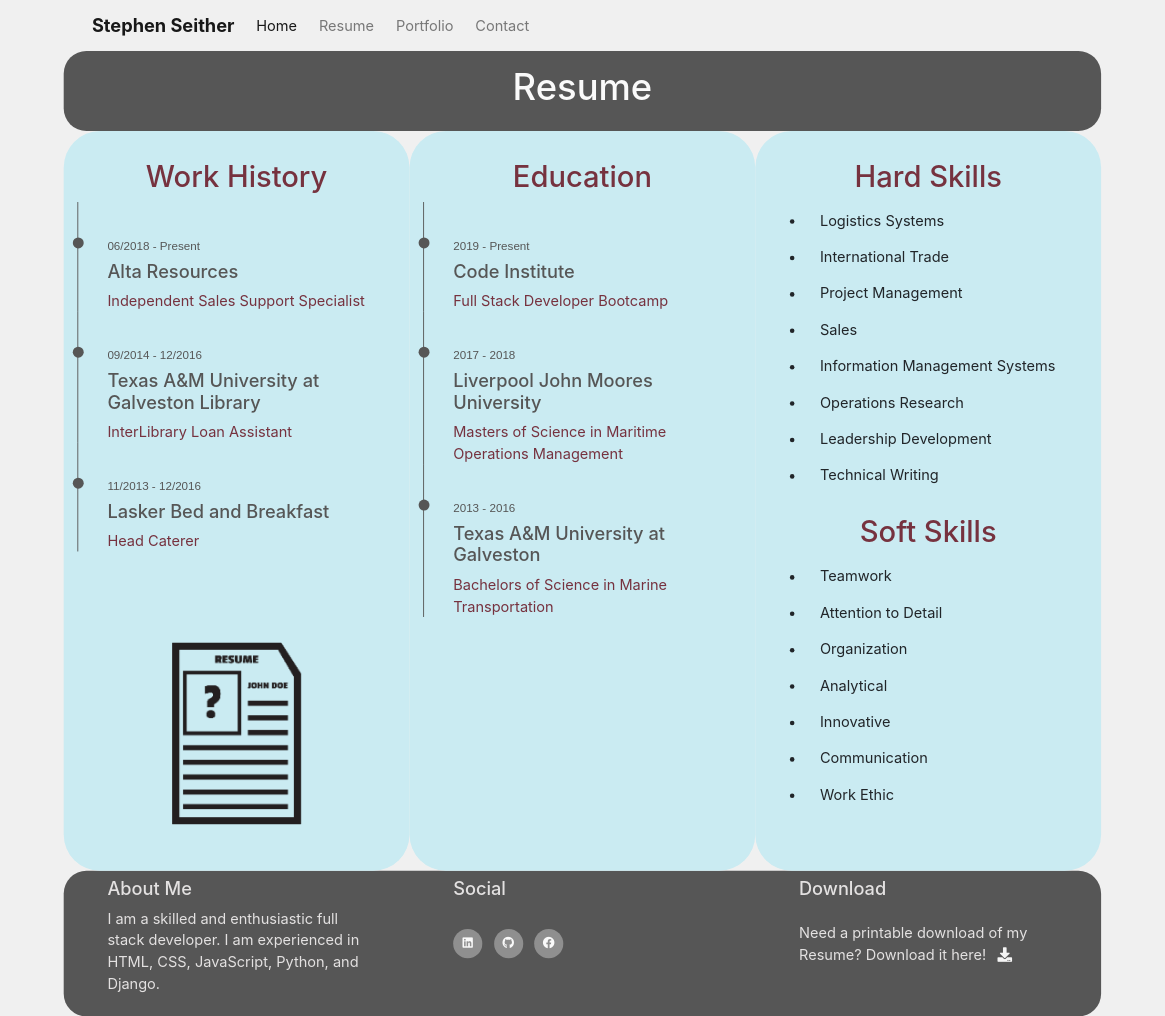
Repository: stephenseither/First-Milestone-Project
Page: experience.html
The author's editor kept a record of every edit. The page is drawn from the files as they stood at one moment, then again after the next edit.
The browser window is 1280 px wide. The pictures show the whole page, at 91% of full size.
Some web libraries are served in a nearby version.

Above is the page before.

### experience.html
<!DOCTYPE html>
<html lang="en">

<head>
    <meta charset="UTF-8">
    <meta name="viewport" content="width=device-width, initial-scale=1.0">
    <meta http-equiv="X-UA-Compatible" content="ie=edge">
    <link rel="stylesheet" href="https://stackpath.bootstrapcdn.com/bootstrap/4.3.1/css/bootstrap.min.css" integrity="sha384-ggOyR0iXCbMQv3Xipma34MD+dH/1fQ784/j6cY/iJTQUOhcWr7x9JvoRxT2MZw1T" crossorigin="anonymous">
    <link rel="stylesheet" href="https://use.fontawesome.com/releases/v5.10.2/css/all.css" integrity="sha384-rtJEYb85SiYWgfpCr0jn174XgJTn4rptSOQsMroFBPQSGLdOC5IbubP6lJ35qoM9" crossorigin="anonymous">
    <link rel="stylesheet" href="assets/css/style.css" type="text/css" />
    <title>Document</title>
</head>

<body>
    <div class="container">
        <div class="row">
            <div class="col">
                <nav class="navbar navbar-light bg-navbar navbar-expand-sm">
                    <a href="index.html" class="navbar-brand font-weight-bold">Stephen Seither</a>

                    <button class="navbar-toggler ml-auto" type="button" data-toggle="collapse" data-target="#navbarNavDropdown" aria-controls="navbarNavDropdown" aria-expanded="false" aria-label="Toggle navigation">
            <span class="navbar-toggler-icon"></span></button>

                    <div class="collapse navbar-collapse" id="navbarNavDropdown">
                        <ul class="navbar-nav mr-auto">
                            <li class="active nav-item mr-2"><a class="nav-link" href="index.html">Home</a></li>
                            <li class="nav-item mr-2"><a class="nav-link" href="experience.html">Resume</a></li>
                            <li class="nav-item mr-2"><a class="nav-link" href="portfolio.html">Portfolio</a></li>
                            <li class="nav-item mr-2"><a class="nav-link" href="contact.html">Contact</a></li>
                        </ul>
                    </div>
                </nav>
            </div>
        </div>
    </div>

    <div class="container">
        <div class="row">
            <div class="col resume heading bg-header py-3">
                <h1 class="uppercase">
                    Resume
                </h1>
            </div>
        </div>
    </div>

    <div class="container">
        <div class="row">
            <div class="col-md-4 bg-work-timeline pb-5 work-timeline">
                <div class="work-history pt-4">
                    <h2>Work History</h2>
                </div>
                <div class="history-items">
                    <div class="timeline-item" data-dates="06/2018 - Present">
                        <h5> Alta Resources</h5>
                            <p>Independent Sales Support Specialist</p>
                    </div>
                    <div class="timeline-item" data-dates="09/2014 - 12/2016">
                        <h5> Texas A&M University at Galveston Library </h5>
                            <p>InterLibrary Loan Assistant</p>
                    </div>
                    <div class="timeline-item" data-dates="11/2013 - 12/2016">
                        <h5> Lasker Bed and Breakfast</h5>
                            <p>Head Caterer</p>
                    </div>
                </div>
                <div class="resume-link">
                    <a href="assets/resume/resume.pdf" target="_blank">
                        <img src="assets/images/resume.png" class="rounded mx-auto d-block" alt="Resume">
                    </a>
                </div>
            </div>
            <div class="col-md-4 bg-school-timeline school-timeline pb-5">
                <div class="school pt-4">
                    <h2>Education</h2>
                </div>
                <div class="school-item" data-dates="2019 - Present">
                    <h5>Code Institute</h5>
                        <p>Full Stack Developer Bootcamp</p>
                </div>
                <div class="school-item" data-dates="2017 - 2018">
                    <h5>Liverpool John Moores University</h5>
                        <p>Masters of Science in Maritime Operations Management</p>
                </div>
                <div class="school-item" data-dates="2013 - 2016">
                    <h5>Texas A&M University at Galveston</h5>
                        <p>Bachelors of Science in Marine Transportation</p>
                </div>
            </div>



            <div class="col-md-4 bg-skills skills-list pb-5">
                <div class="skills pt-4">
                    <h2>Hard Skills</h2>
                </div>
                <ul>
                    <li class="px-3 py-2">Logistics Systems</li>
                    <li class="px-3 py-2">International Trade</li>
                    <li class="px-3 py-2">Project Management</li>
                    <li class="px-3 py-2">Sales</li>
                    <li class="px-3 py-2">Information Management Systems</li>
                    <li class="px-3 py-2">Operations Research</li>
                    <li class="px-3 py-2">Leadership Development</li>
                    <li class="px-3 py-2">Technical Writing</li>
                </ul>

                <div class="skills">
                    <h2>Soft Skills</h2>
                </div>
                <ul>
                    <li class="px-3 py-2">Teamwork</li>
                    <li class="px-3 py-2">Attention to Detail</li>
                    <li class="px-3 py-2">Organization</li>
                    <li class="px-3 py-2">Analytical</li>
                    <li class="px-3 py-2">Innovative</li>
                    <li class="px-3 py-2">Communication</li>
                    <li class="px-3 py-2">Work Ethic</li>
                </ul>
            </div>
        </div>
    </div>



    <footer>
        <div class="container footer bg-footer">
            <div class="row">
                <div class="col-md-4 px-5 py-2">
                    <h5>About Me</h5>
                    <p>I am a skilled and enthusiastic full stack developer. I am experienced in HTML, CSS, JavaScript, Python, and Django.</p>
                </div>
                <div class="col-md-4 px-5 py-2">
                    <h5 class="uppercase general-sub">Social</h5>
                    <ul class="list-inline social-links-footer py-4">
                        <li class="list-inline-item">
                            <a href="https://www.linkedin.com/in/stephen-seither-254ba7b7" target="_blank">
                                <i class="fab fa-linkedin" aria-hidden="true"></i>
                                <span class="sr-only">LinkedIn</span>
                                </a>
                        </li>
                        <li class="list-inline-item">
                            <a href="https://github.com/stephenseither" target="_blank">
                                    <i class="fab fa-github" aria-hidden="true"></i>
                                    <span class="sr-only">GitHub</span>
                                </a>
                        </li>
                        <li class="list-inline-item">
                            <a href="https://www.facebook.com/stephen.seither" target="_blank">
                                    <i class="fab fa-facebook" aria-hidden="true"></i>
                                    <span class="sr-only">Facebook</span>
                                </a>
                        </li>
                    </ul>
                </div>
                <div class="col-md-4 px-5 py-2">
                    <h5>Download</h5>
                    <p class="py-3">Need a printable download of my Resume? Download it here!
                        <a href="assets/resume/resume.pdf" target="_blank" class="resume-pdf"><i class="fa fa-download" aria-hidden="true"></i>
                        <span class="sr-only">Download link.</span>
                        </a>
                    </p>
                </div>
            </div>
        </div>
    </footer>
    <script src="https://code.jquery.com/jquery-3.3.1.slim.min.js" integrity="sha384-q8i/X+965DzO0rT7abK41JStQIAqVgRVzpbzo5smXKp4YfRvH+8abtTE1Pi6jizo" crossorigin="anonymous"></script>
    <script src="https://cdnjs.cloudflare.com/ajax/libs/popper.js/1.14.3/umd/popper.min.js" integrity="sha384-ZMP7rVo3mIykV+2+9J3UJ46jBk0WLaUAdn689aCwoqbBJiSnjAK/l8WvCWPIPm49" crossorigin="anonymous"></script>
    <script src="https://stackpath.bootstrapcdn.com/bootstrap/4.1.3/js/bootstrap.min.js" integrity="sha384-ChfqqxuZUCnJSK3+MXmPNIyE6ZbWh2IMqE241rYiqJxyMiZ6OW/JmZQ5stwEULTy" crossorigin="anonymous"></script>
</body>

</html>

### assets/css/style.css
/*---------------------------BG Colors---------------------- */

body {
    background-color: #f0f0f0;
}

.bg-navbar {
    background-color: #f0f0f0;
}

.bg-header {
    background-color: #565656;
}

.about-me {
    background-color: #caebf2;
}

.photo {
    background-color: #caebf2;
}

.contact-info {
    background-color: #7395ae;
    color: #fafafa;
    font-weight: normal;
}

.bg-work-timeline {
    background-color: #caebf2;
}

.bg-school-timeline {
    background-color: #caebf2;
}

.bg-skills {
    background-color: #caebf2;
}

.bg-footer {
    background-color: #565656;
}

.bg-button {
    background-color: #caebf2;
}

.bg-portfolio {
    background-color: #caebf2;
}

.bg-contact {
    background-color: #caebf2;
}

/*---------------------------Header---------------------- */

.heading {
    text-align: center;
    border-radius: 25px;
}

.name {
    margin-top: 60px;
    color: #fff;
}

.title {
    color: #e3e1e1;
    margin-bottom: 20px;
}

.social-links {
    margin-left: 40px;
}

.social-links li a i {
    width: 32px;
    height: 32px;
    padding: 12px 2px;
    border-radius: 50%;
    font-size: 13px;
    line-height: 7px;
    text-align: center;
    color: #fafafa;
    background: #8f8f8f;
    transition: all 0.35s ease-in-out, ;
    -moz-transition: all 0.35s ease-in-out;
    -webkit-transition: all 0.35s ease-in-out;
    -o-transition: all 0.35s ease-in-out;
}

.social-links li a i:hover {
    background-color: #b8784b;
    transform: scale(1.5);
    -webkit-transform: scale(1.5);
    -moz-transform: scale(1.5);
    -o-transform: scale(1.5);
}


/*---------------------------About Me---------------------- */

.about-me {
    border-width: 2px 4px;
    border-radius: 40px;
    color: #f5f5f5;
    text-align: left;
}

.about-me p {
    color: #565656;
    font-weight: 500;
}

.photo {
    border-width: 2px 4px;
    border-radius: 40px;
}

h2 {
    color: #76323f;
    padding-top: 8px;
}

/*--------------------------Contact Me Page---------------------- */

.contact-page {
    border-width: 2px 4px;
    border-radius: 40px;
    color: #76323f;
    font-weight: bold;
}

.title-2 {
    color: #76323f;
}

.personal-info-item-2 {
    display: inline-block;
    margin-left: 80px;
    margin-right: 20px;
}

.personal-info-item .title-2,
.personal-info-item .value-2 {
    display: inline-block;
    padding-right: 15px;
}

.center-form {
    padding-top: 10px;
    margin: 0 auto;
}

@media(min-width: 992px) {
    .center-form {
        padding-top: 30px;
        min-height: 240px;
        margin: 0 auto;
        max-width: 70%;
    }
}

button[type="submit"] {
    margin-top: 15px;
    margin-bottom: 20px;
    color: #fafafa;
    background-color: #76323f;
    text-align: center;
}


/*---------------------------Contact Info---------------------- */

.personal-info-item {
    margin-bottom: 10px;
    display: block;
    clear: both;
    font-size: 20px;
}

.personal-info-item .title,
.personal-info-item .value {
    display: inline-block;
    padding-right: 15px;
}

button[type="button"] {
    margin-top: 15px;
    margin-bottom: 20px;
    color: #fafafa;
    background-color: #76323f;
}

.contact-me-btn {
    margin-left: 110px;
}

/*--------------------------Resume---------------------- */

.resume {
    text-align: center;
    color: #fafafa;
    padding: 8px;
}

.resume-link {
    margin-top: 100px;
    transition: all 0.35s ease-in-out, ;
    -moz-transition: all 0.35s ease-in-out;
    -webkit-transition: all 0.35s ease-in-out;
    -o-transition: all 0.35s ease-in-out;
}

.resume-link:hover {
    transform: scale(1.5);
    -webkit-transform: scale(1.2);
    -moz-transform: scale(1.2);
    -o-transform: scale(1.2);
}


.work-history {
    color: #565656;
    text-align: center;
}

.work-timeline {
    border-width: 2px 4px;
    border-radius: 40px;
}

.timeline-item {
    padding: 4em 2em 0em 2em;
    position: relative;
    color: #565656;
    border-left: 1px solid;
}

.timeline-item p {
    padding: 0;
    margin: 0;
    color: #76323f;
}

.timeline-item:before {
    content: attr(data-dates);
    position: absolute;
    left: 2.5em;
    top: 3em;
    display: block;
    font-family: "Exo", sans-serif;
    font-weight: 500;
    font-size: 0.8em;
    padding: 0;
    margin: 0;
}

.timeline-item:after {
    width: 12px;
    height: 12px;
    display: block;
    top: 2.4em;
    position: absolute;
    left: -6px;
    border-radius: 12px;
    content: '';
    background-color: #565656;
}


.school {
    color: #565656;
    text-align: center;
}

.school-item {
    padding: 4em 2em 0em 2em;
    position: relative;
    color: #565656;
    border-left: 1px solid;
}


.school-timeline {
    border-width: 2px 4px;
    border-radius: 40px;
}

.school-item p {
    padding: 0;
    margin: 0;
    color: #76323f;
}

.school-item:before {
    content: attr(data-dates);
    position: absolute;
    left: 2.5em;
    top: 3em;
    display: block;
    font-family: "Exo", sans-serif;
    font-weight: 500;
    font-size: 0.8em;
    padding: 0;
    margin: 0;
}

.school-item:after {
    width: 12px;
    height: 12px;
    display: block;
    top: 2.4em;
    position: absolute;
    left: -6px;
    border-radius: 12px;
    content: '';
    background-color: #565656;
}

.skills {
    color: #565656;
    text-align: center;
}

.skills-list {
    border-width: 2px 4px;
    border-radius: 40px;
}


/*---------------------------Footer---------------------------*/

.footer {
    border-radius: 25px;
    color: #e3e1e1
}


.social-links-footer li a i {
    width: 32px;
    height: 32px;
    padding: 12px 2px;
    border-radius: 50%;
    font-size: 13px;
    line-height: 7px;
    text-align: center;
    color: #fafafa;
    background: #8f8f8f;
    transition: all 0.35s ease-in-out, ;
    -moz-transition: all 0.35s ease-in-out;
    -webkit-transition: all 0.35s ease-in-out;
    -o-transition: all 0.35s ease-in-out;
}

.social-links-footer li a i:hover {
    background-color: #b8784b;
    transform: scale(1.5);
    -webkit-transform: scale(1.5);
    -moz-transform: scale(1.5);
    -o-transform: scale(1.5);
}

.resume-pdf i {
    color: #f5f5f5;
    padding-left: 8px;
    transition: all 0.35s ease-in-out, ;
    -moz-transition: all 0.35s ease-in-out;
    -webkit-transition: all 0.35s ease-in-out;
    -o-transition: all 0.35s ease-in-out;
}

.resume-pdf i:hover {
    color: #b8784b;
    transform: scale(1.5);
    -webkit-transform: scale(1.5);
    -moz-transform: scale(1.5);
    -o-transform: scale(1.5);
}

/*---------------------------Portfolio---------------------------*/

.portfolio {
    border-width: 2px 4px;
    border-radius: 40px;
}

.portfolio-item {
    transition: all 0.35s ease-in-out, ;
    -moz-transition: all 0.35s ease-in-out;
    -webkit-transition: all 0.35s ease-in-out;
    -o-transition: all 0.35s ease-in-out;
}

.portfolio-item:hover {
    transform: scale(1.2);
    -webkit-transform: scale(1.2);
    -moz-transform: scale(1.2);
    -o-transform: scale(1.2);
}

.img-wrap {
  position: relative;
  height: 285px;
  width: 300px;
}

.img-description {
  position: absolute;
  top: 0;
  bottom: 0;
  left: 0;
  right: 0;
  background: rgba(29, 106, 154, 0.5);
  color: #fff;
  visibility: hidden;
  opacity: 0;
  text-align: center;

  /* transition effect. not necessary */
  transition: opacity .2s, visibility .2s;
}

.img-wrap:hover .img-description {
  visibility: visible;
  opacity: 1;
}
.hvr-sweep-to-bottom:before {
    background: rgba(0, 0, 0, 0.4);
    height: 360px;
    z-index: 1;
}

.progress {
    position: relative;
    height: 25px;
    margin-bottom: 4px;
}

.progress-type {
    position: absolute;
    left: 0px;
    font-weight: 400;
    padding: 3px 30px 2px 10px;
    color: #fafafa;
    background-color: rgba(25, 25, 25, 0.2);
}

After the next edit:
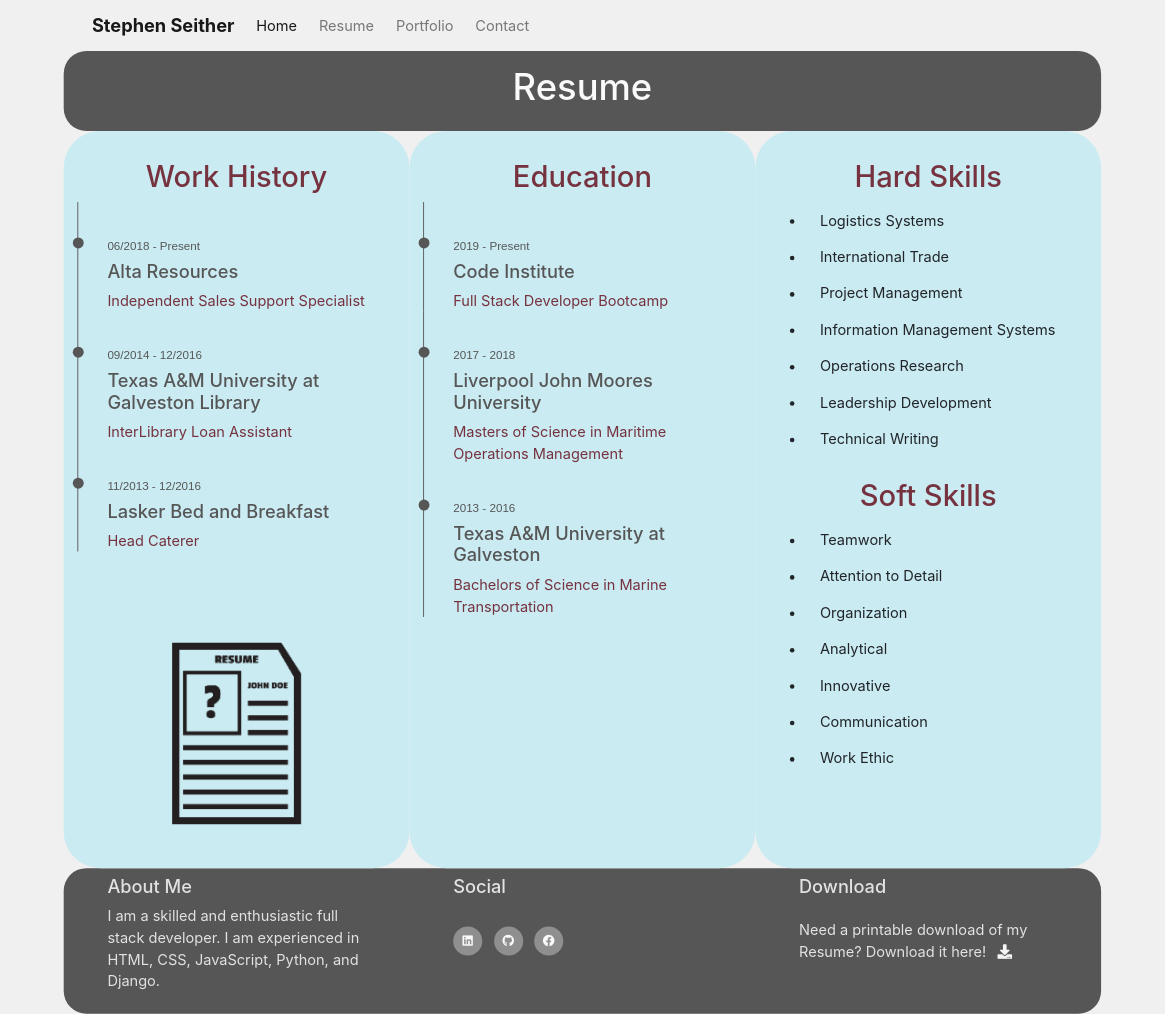
The edit:
--- a/experience.html
+++ b/experience.html
@@ -98,7 +98,6 @@
                     <li class="px-3 py-2">Logistics Systems</li>
                     <li class="px-3 py-2">International Trade</li>
                     <li class="px-3 py-2">Project Management</li>
-                    <li class="px-3 py-2">Sales</li>
                     <li class="px-3 py-2">Information Management Systems</li>
                     <li class="px-3 py-2">Operations Research</li>
                     <li class="px-3 py-2">Leadership Development</li>
